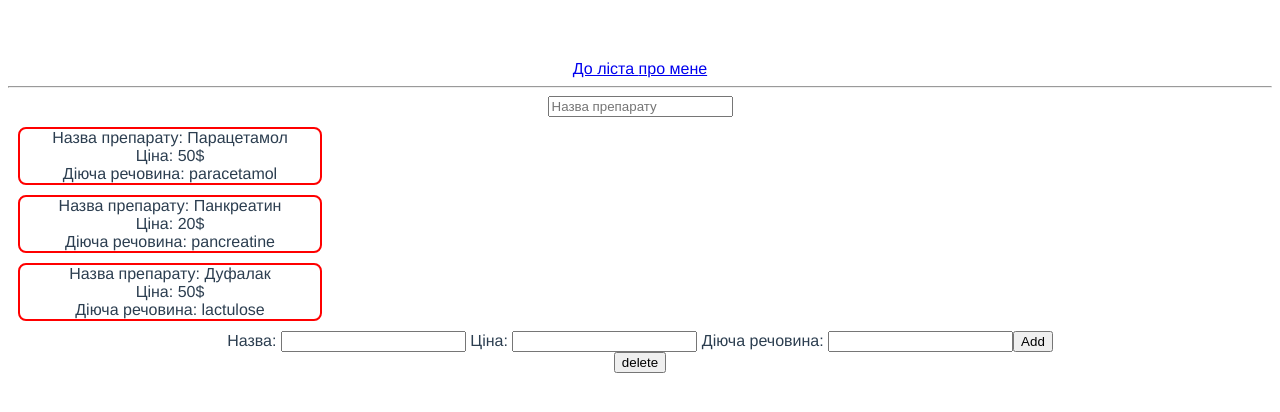
Repository: KYUUBI-K/Labs-from-2-course-
Page: /#/list (app in lab2(pharmacy)/)
An editor plug-in stored every save of this project. The page is shown before and after the next save, followed by the edit.
The browser window is 1280 px wide. The pictures show the whole page.
The project was rebuilt for these pictures with package versions that can differ from the ones it lists, and the page was loaded fresh each time.

Above is the page before, as saved 2021-12-21 14:40:21.

After the next save:
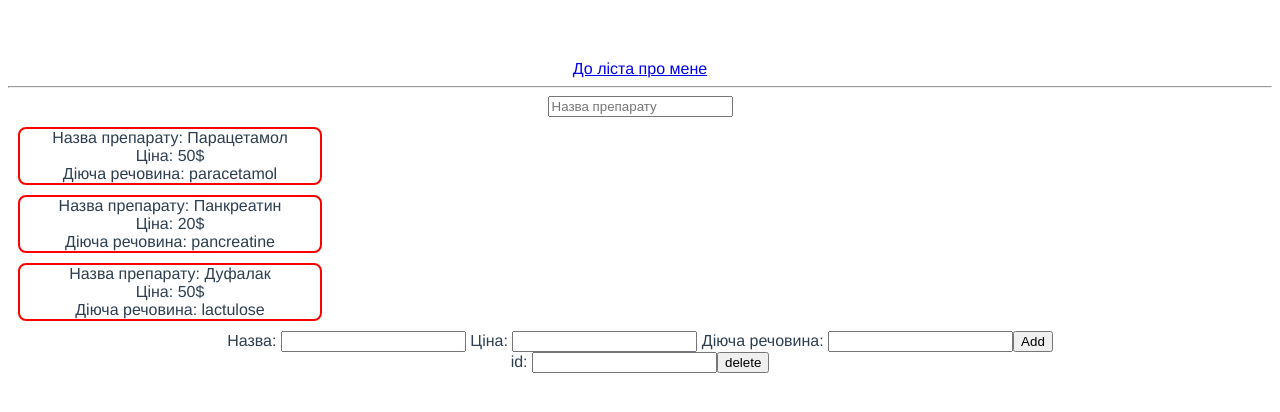
Saved 29 s later.
--- a/lab2(pharmacy)/src/components/AddNewTask/index.vue
+++ b/lab2(pharmacy)/src/components/AddNewTask/index.vue
@@ -16,6 +16,10 @@
       <button @click="onAdd">Add</button>
     </div>
     <div>
+      <label>
+        id:
+        <input type="number" v-model.number="id" />
+      </label>
       <button @click="deletetask">delete</button>
     </div>
   </div>
